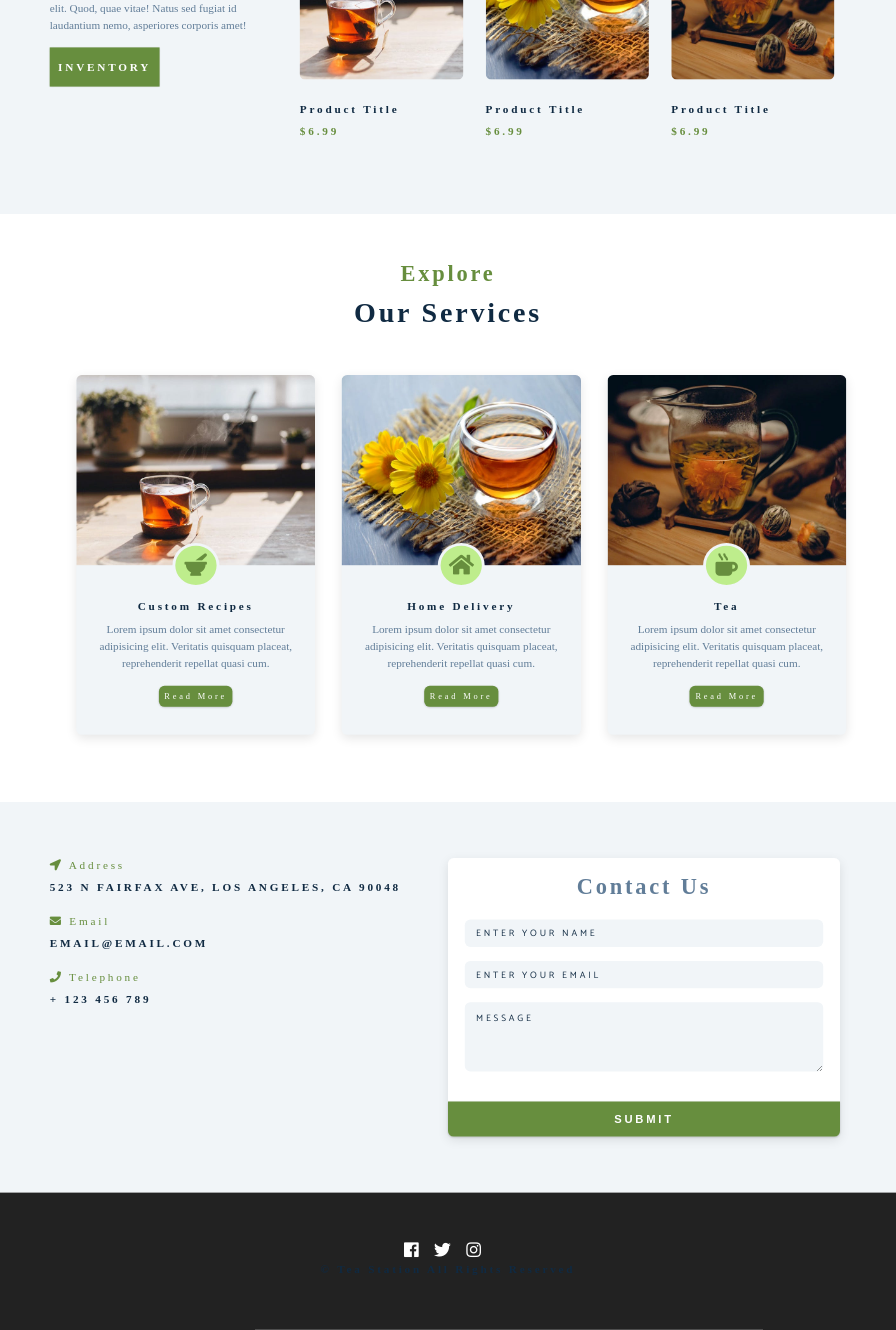
Repository: Ndifoinhilary/building_tea_site
Page: index.html
The author's editor kept a copy of each file at every save. The page is drawn from the files as they stood at one save, then again after the next save.
The browser window is 1280 px wide. The pictures show the part of the page from y = 1884 to 3804 px (the page is 3784 px tall before and 3804 px after), at 70% of full size.
Backgrounds fixed to the window are drawn as part of the page. Some web fonts or font styles are not loaded; a fallback is used.

Above is the page before, as saved 2024-01-06 18:13:40.

After the next save:
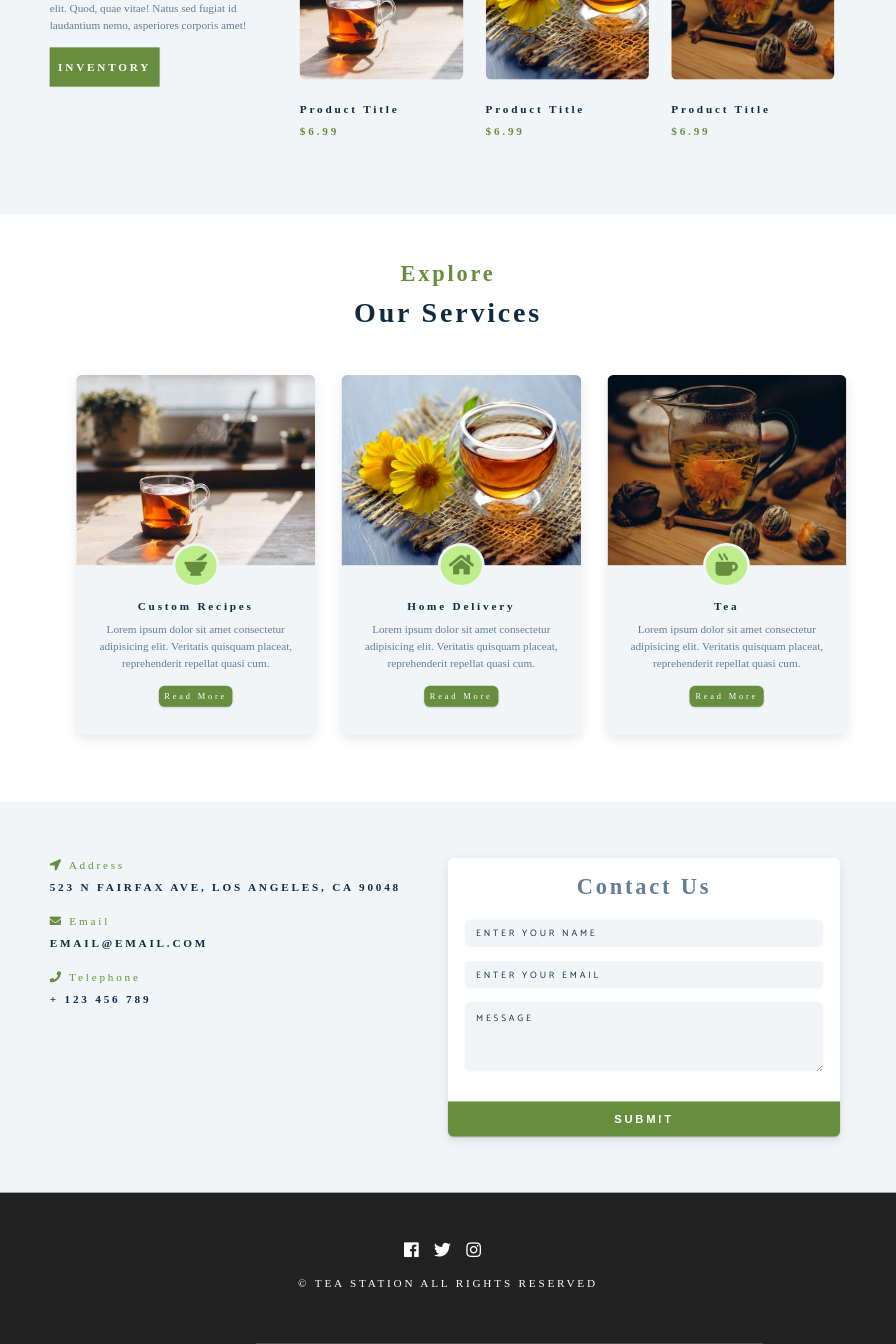
Saved 41 s later.
--- a/css/styles.css
+++ b/css/styles.css
@@ -547,3 +547,10 @@ footer section
 .social-icon:hover{
   color: var(--clr-primary)
 }
+
+.footer-text{
+  margin-top: 1.25rem;
+  text-transform: uppercase;
+  color: var(--clr-white);
+  font-weight: 400;
+}
